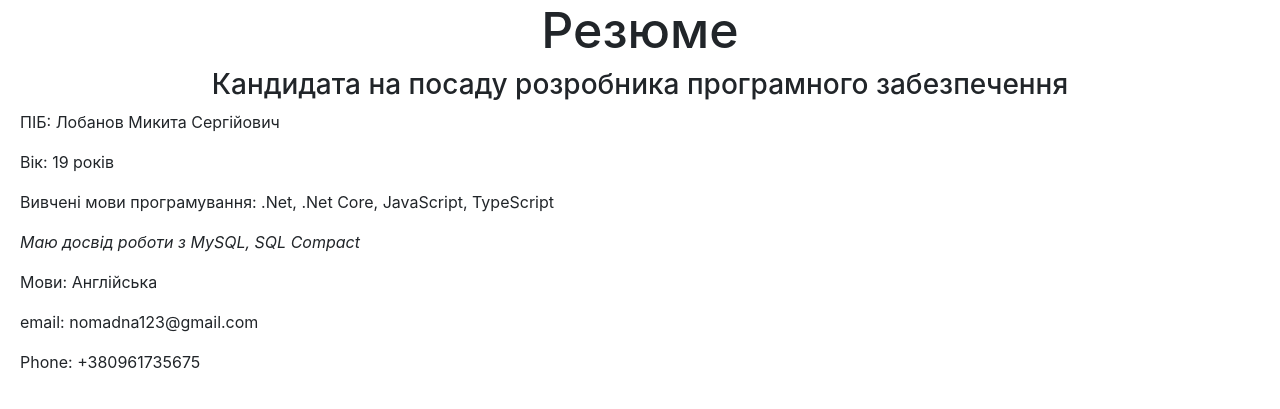
Repository: sMoonBeam/Labs
Page: AboutAuthor/WebContent/about.html
An editor plug-in stored every save of this project. The page is shown before and after the next save, followed by the edit.
The browser window is 1280 px wide. The pictures show the whole page.

Above is the page before, as saved 2019-10-16 20:24:05.

### AboutAuthor/WebContent/about.html
<!DOCTYPE html>
<html>
	<head>
		<meta charset="utf-8" />
		<title>Резюме</title>
		<link href="style.css" rel="stylesheet">
		<link href="https://stackpath.bootstrapcdn.com/bootstrap/4.3.1/css/bootstrap.min.css" rel="stylesheet">
	</head>
	<body>
	<div align=center>
		<h1 style="font-size:50px;">Резюме</h1>
		<h3>Кандидата на посаду розробника програмного забезпечення</h3>
	</div>
		<p style="text-indent:20px">ПIБ: Лобанов Микита Сергійович</p>
		<p style="text-indent:20px">Вiк: 19 рокiв</p>
		<p style="text-indent:20px">Вивченi мови програмування: .Net, .Net Core, JavaScript, TypeScript</p>
		<i><p style="text-indent:20px">Маю досвiд роботи з MySQL, SQL Compact</p></i>
		<p style="text-indent:20px">Мови: Англiйська</p>

		<p style="text-indent:20px">email: nomadna123@gmail.com</p>
		<p style="text-indent:20px">Phone: +380961735675</p>
	</body>
</html>

### AboutAuthor/WebContent/style.css
.bottom-line {
	border-bottom: 2px solid black;
}

After the next save:
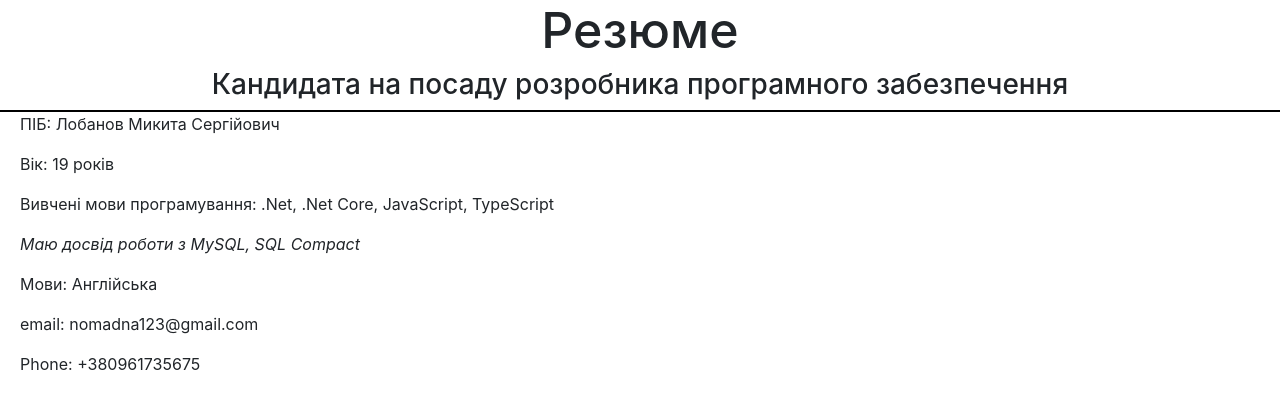
Saved 11 s later.
--- a/AboutAuthor/WebContent/about.html
+++ b/AboutAuthor/WebContent/about.html
@@ -7,7 +7,7 @@
 		<link href="https://stackpath.bootstrapcdn.com/bootstrap/4.3.1/css/bootstrap.min.css" rel="stylesheet">
 	</head>
 	<body>
-	<div align=center>
+	<div align=center class="bottom-line">
 		<h1 style="font-size:50px;">Резюме</h1>
 		<h3>Кандидата на посаду розробника програмного забезпечення</h3>
 	</div>
